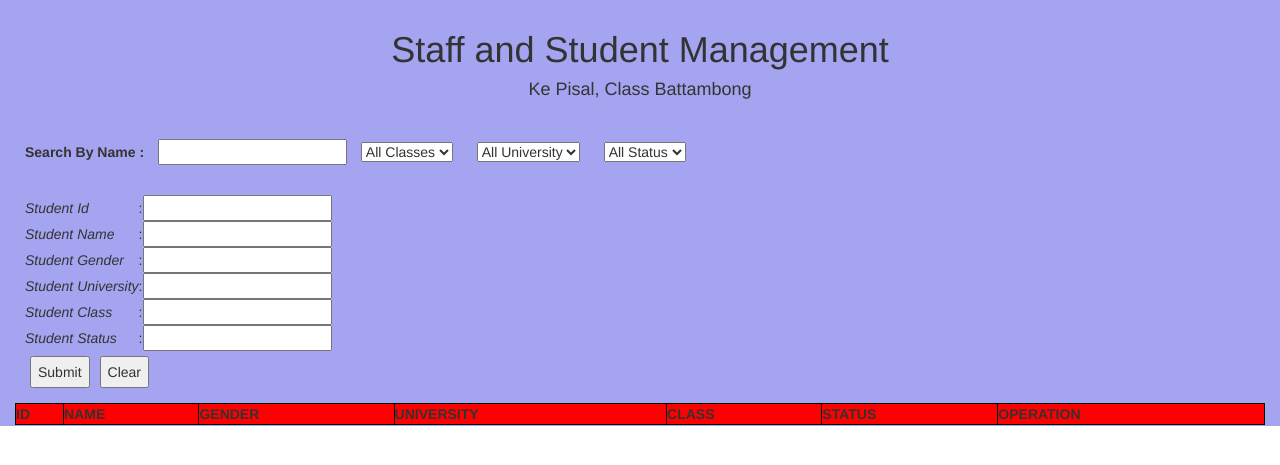
Repository: kepisal/ServletJAVA
Page: http://localhost/AjaxStaffandStudent/
These files come from the project's save history. The page is drawn as it stood at one moment and after the next save; the edit follows.
The browser window is 1280 px wide. The pictures show the whole page.
The page is served by Tomcat 9. Other server files are loaded and not shown. Queries for data that is not in the repository find no rows.

Above is the page before, as saved 2015-07-10 16:36:06.

### AjaxStaffandStudent/WebContent/index.jsp
<%@ page language="java" contentType="text/html; charset=ISO-8859-1"
	pageEncoding="ISO-8859-1"%>
<!DOCTYPE html>
<html>
<head>
<meta http-equiv="Content-Type" content="text/html; charset=ISO-8859-1">
<title>Staff and Student Management</title>
<link rel="stylesheet" type="text/css"
	href="bootstrap/css/bootstrap.css">
<!-- <link rel="stylesheet" type="text/css" href="css/style.css"> -->

<!-- <script
	src="http://ajax.googleapis.com/ajax/libs/jquery/1.11.3/jquery.min.js"></script> -->
<script type="text/javascript" src="js/jquery-min.js"></script>
<script type="text/javascript" src="bootstrap/js/bootstrap.js"></script>
<script type="text/javascript" src="bootstrap/js/bootstrap.min.js"></script>
<style type="text/css">
.maincontent {
	background-color: #A4A4F0;
}

#title {
	padding: 10px;
	width: 100%;
}

option {
	height: 23px;
}

.mytb td, .mytb th{
	background-color:red;
	border: 1px solid black;
	border-collapse: collapse;

}
#title{
	text-align: center;
}

img {
	width: 20px;
}

#classlist, #universitylist, #txtinput, #statuslist {
	display: inline-block;
	margin: 10px;
}

button {
	margin: 5px;
	height: 32px
}
</style>
</head>
<body>
	<div class="maincontent col-sm-12">
		<div id="sheader">
			<div id="title">
				<h1>Staff and Student Management</h1>
				<h4>Ke Pisal, Class Battambong</h4>
			</div>
			<div id="classlist">
				<label>Search By Name : </label> <input type=text id=txtinput /> <select
					id=classselected onclick="searchClass()">

				</select>
			</div>
			<div id="universitylist">
				<select id=unvselected onclick="searchUniversity()">

				</select>
			</div>
			<div id="statuslist">
				<select id=statusselected onclick="searchStatus()">
					<option value=''>All Status</option>
					<option value=1>Active</option>
					<option value=0>Deactive</option>
				</select>
			</div>
		</div>
		<div id="sform">
			<table class="stuform" style="margin:10px;border:0px;">
				<tr><td><i>Student Id </i></td><td>:<input/></td></tr>
				<tr><td><i>Student Name </i></td><td>:<input/></td></tr>
				<tr><td><i>Student Gender </i></td><td>:<input/></td></tr>
				<tr><td><i>Student University </i></td><td>:<input/></td></tr>
				<tr><td><i>Student Class </i></td><td>:<input/></td></tr>
				<tr><td><i>Student Status </i></td><td>:<input/></td></tr>
				<tr><td colspan="2"><button id="btnadd btn btn-success" onclick="add()">Submit</button><button id="btnclear btn btn-success" onclick="add()">Clear</button></td></tr>
			</table>
		</div>
		<div id="sbody">
			<table class="mytb col-sm-12">
				<thead>
					<tr>
						<th>ID</th>
						<th>NAME</th>
						<th>GENDER</th>
						<th>UNIVERSITY</th>
						<th>CLASS</th>
						<th>STATUS</th>
						<th>OPERATION</th>
					</tr>
				</thead>
				<tbody id="tblist">
				</tbody>
			</table>
			<div id="sdetails">
				<!-- <i><h2>-------------Information Detail------------</h2></i> <label>ID
				:</label>
			<h3 id="stuid"></h3>
			<label>NAME :</label>
			<h3 id="stuname"></h3>
			<label>GENDER :</label>
			<h3 id="stugender"></h3>
			<label>UINVERSITY :</label>
			<h3 id="stuuniversity"></h3>
			<label>CLASS :</label>
			<h3 id="stuclass"></h3>
			<label>STATUS :</label>
			<h3 id="stustatus">ss</h3>
			<i><h2>-------------Information Detail------------</h2></i> -->
			</div>
		</div>
		<div class="col-sm-3"></div>
	</div>
	<script type="text/javascript" src="js/script.js"></script>
</body>
</html>

### AjaxStaffandStudent/WebContent/js/script.js
$(document).ready(function() {
	lists(); // list all objects in table
	droplist(); // list all objects in dropdownlist(class, university)
	$("#txtinput").keyup(function() {
		searchName($("#txtinput").val()); // action keyup on textbox
	});
});
/*
 * @param : data is JSon generate <option> value </option> for dropdownlist
 * class
 */
function classlist(data) {
	var str = "";
	str += "<option value=''>All Classes</option>;";
	for (var i = 0; i < data.length; i++) {
		str += "<option value=" + data[i].classes + ">" + data[i].classes;
	}
	str += "</option>";
	return str;
}
/*
 * @param : data is JSon generate <option> value </option> for dropdownlist
 * university
 */
function unvlist(data) {
	var str = "";
	str += "<option value=''>All University</option>;";
	for (var i = 0; i < data.length; i++) {
		str += "<option value=" + data[i].unversity + ">" + data[i].unversity;
	}
	str += "</optiont>";
	return str;
}

/*
 * get data from url and put into function with param
 */
function droplist() {
	$.post("classlist.hrd", function(data) {
		$("#classselected").html(classlist(data));
	});
	$.post("universitylist.hrd", function(data) {
		$("#unvselected").html(unvlist(data));
	});
}
/*
 * generate rows inside table list
 */
function lists() {
	$.post("listobject.hrd", function(data) {
		$("#tblist").html(listobjectdetails(data));
	});

}
/*
 * create tag <tr><td> value </td></tr> follow data
 */
function listobjectdetails(data) {
	var str = "";
	for (var i = 0; i < data.length; i++) {

		str += "<tr>" + "<td id=studid" + i + ">" + data[i].stuid + "</td>"
				+ "<td>" + data[i].stuname + "</td>" + "<td>"
				+ checkGender(data[i].gender) + "</td>" + "<td>"
				+ data[i].unversity + "</td>" + "<td>" + data[i].classes
				+ "</td>" + "<td>" + checkStatus(data[i].status, i) + "</td>"
				+ "<td><button class=btnEdit" + i + " onclick=editFun(" + i
				+ ")>Edit</button><button class=btnRemove" + i
				+ " onclick=removeFun(" + i
				+ ")>Remove</button><button  class=btnView" + i
				+ " onclick=viewFun(" + i + ")>View</button></td>" + "</tr>";
	}

	str += "</table>";

	return str;
}
/*
 * create form for edit and insertion
 */
function myform() {
	var str = "";
}

/*
 * change value 0,1 to male and female
 */
function checkGender(data) {
	var gender;
	if (data == 0) {
		gender = "Male";
	} else {
		gender = "Female";
	}
	return gender;
}
/*
 * change value 0,1 to image 0.png and 1.png
 */
function checkStatus(data, i) {
	var img;
	if (data == 0) {
		img = "<a href=#><img src=img/0.png id=mydata" + i
				+ " onclick=updateStatus(" + i + "," + data + ")></a>";
	} else {
		img = "<a href=#><img src=img/1.png id=mydata" + i
				+ " onclick=updateStatus(" + i + "," + data + ")></a>";
	}
	return img;
}
/*
 * @param : id, value id -> id of each students value -> value of status update
 * status
 */
function updateStatus(id, value) {
	var stuid = $("#studid" + id).text();
	var active;
	if (value == 0) {
		active = 1;
	} else {
		active = 0;
	}
	$.post("editobject.hrd", {
		stu_id : stuid,
		stu_status : active
	}, function(data) {
		lists();
	});
}
/*
 * search by name()
 */
function searchName() {
	var stuname = $('#txtinput').val();
	var stuclass = $('#classselected option:selected').val();
	var stuuniver = $('#unvselected option:selected').val();
	var stustatus = $('#statusselected option:selected').val();
	if (stuname == '') {
		lists();
	}
	$.post("searchobject.hrd", {
		stu_name : stuname,
		stu_class : stuclass,
		stu_university : stuuniver,
		stu_status : stustatus
	}, function(data) {
		$("#tblist").html(listobjectdetails(data));
	});
}
/*
 * search by class()
 */
function searchClass() {
	var stuname = $('#txtinput').val();
	var stuclass = $('#classselected option:selected').val();
	var stuuniver = $('#unvselected option:selected').val();
	var stustatus = $('#statusselected option:selected').val();
	$.post("searchobject.hrd", {
		stu_name : stuname,
		stu_class : stuclass,
		stu_university : stuuniver,
		stu_status : stustatus
	}, function(data) {
		$("#tblist").html(listobjectdetails(data));
	});
}
/*
 * search by university()
 */
function searchUniversity() {
	var stuname = $('#txtinput').val();
	var stuclass = $('#classselected option:selected').val();
	var stuuniver = $('#unvselected option:selected').val();
	var stustatus = $('#statusselected option:selected').val();
	$.post("searchobject.hrd", {
		stu_name : stuname,
		stu_class : stuclass,
		stu_university : stuuniver,
		stu_status : stustatus
	}, function(data) {
		$("#tblist").html(listobjectdetails(data));
	});
}
/*
 * search by status()
 */
function searchStatus() {
	var stuname = $('#txtinput').val();
	var stuclass = $('#classselected option:selected').val();
	var stuuniver = $('#unvselected option:selected').val();
	var stustatus = $('#statusselected option:selected').val();
	$.post("searchobject.hrd", {
		stu_name : stuname,
		stu_class : stuclass,
		stu_university : stuuniver,
		stu_status : stustatus
	}, function(data) {
		$("#tblist").html(listobjectdetails(data));
	});
}
/*
 * Add Function
 */
function add() {
	$("#sbody").load("pages/addForm.html"); // load file from article
}

function editFun(i) {
	alert("This is Edit" + $("#studid" + i).text());
}
function removeFun(i) {
	var stuid = $("#studid" + i).text();
	$.post("deleteobject.hrd", {
		stu_id : stuid
	}, function(data) {
		lists();
	});
}
function viewFun(i) {
	var stuid = $("#studid" + i).text();
	$.post("viewobject.hrd", {
		stu_id : stuid
	}, function(data) {
		$("#sbody").load("pages/viewdetails.html");
	});
}

### AjaxStaffandStudent/src/Controller/Front_Controller.java
package Controller;
import java.io.IOException;

import javax.servlet.RequestDispatcher;
import javax.servlet.ServletException;
import javax.servlet.annotation.WebServlet;
import javax.servlet.http.HttpServlet;
import javax.servlet.http.HttpServletRequest;
import javax.servlet.http.HttpServletResponse;

import Model.ObjectDAO;

@WebServlet("*.hrd")
public class Front_Controller extends HttpServlet {
	private static final long serialVersionUID = 1L;

	public Front_Controller() {
		super();
	}

	protected void doGet(HttpServletRequest request, HttpServletResponse response) throws ServletException, IOException {
		doProcess(request, response);
	}

	protected void doPost(HttpServletRequest request, HttpServletResponse response) throws ServletException, IOException {
		doProcess(request, response);
	}

	protected void doProcess(HttpServletRequest request, HttpServletResponse response) throws ServletException, IOException {
		String RequestURI = request.getRequestURI();

		System.out.println(RequestURI);
		String contextPath = request.getContextPath();
		System.out.println(contextPath);
		String command = RequestURI.substring(contextPath.length());
		ActionForward forward = null;
		Action action = null;

		System.out.println(command);

		switch(command){
			case "/listobject.hrd":
				action = new ListObject();
				try {
					forward = action.execute(request, response);
					System.out.println(forward);
				} catch (Exception e) {
					e.printStackTrace();
				}
				break;
			case "/classlist.hrd":
				action = new classList();
				try {
					forward = action.execute(request, response);
					System.out.println(forward);
				} catch (Exception e) {
					e.printStackTrace();
				}
				break;
			case "/universitylist.hrd":
				action = new universityList();
				try {
					forward = action.execute(request, response);
					System.out.println(forward);
				} catch (Exception e) {
					e.printStackTrace();
				}
				break;
			case "/editobject.hrd":
				action = new EditObject();
				try {
					forward = action.execute(request, response);
				} catch (Exception e) {
					e.printStackTrace();
				}
				break;
			case "/searchobject.hrd":
				action = new Search();
				try {
					forward = action.execute(request, response);
				} catch (Exception e) {
					e.printStackTrace();
				}
				break;
			case "/viewobject.hrd":
				action = new ViewObject();
				try {
					forward = action.execute(request, response);
				} catch (Exception e) {
					e.printStackTrace();
				}
				break;
			case "/deleteobject.hrd":
				action = new DeleteObject();
				try {
					forward = action.execute(request, response);
				} catch (Exception e) {
					e.printStackTrace();
				}
				break;
			default :
				forward = new ActionForward();
				forward.setPath("404.jsp");
				forward.setRedirect(false);
				break;


		}

		if (forward != null) {
			if (forward.isRedirect()) {
				response.sendRedirect(forward.getPath());
			} else {
				RequestDispatcher dispatcher = request
						.getRequestDispatcher(forward.getPath());
				dispatcher.forward(request, response);
			}

		}

	}
}

### AjaxStaffandStudent/src/Controller/ListObject.java
package Controller;

import java.util.ArrayList;

import javax.servlet.http.HttpServletRequest;
import javax.servlet.http.HttpServletResponse;

import com.google.gson.Gson;

import Controller.Action;
import Controller.ActionForward;
import Model.ObjectDAO;
import Model.ObjectDTO;

public class ListObject implements Action {

	@Override
	public ActionForward execute(HttpServletRequest request,
			HttpServletResponse response) throws Exception {

		ObjectDAO dao = new ObjectDAO();
		ArrayList<ObjectDTO> objectlist = dao.list();

		response.setContentType("application/json");
		response.setCharacterEncoding("UTF-8");
		String obj= new Gson().toJson(objectlist);

		response.getWriter().write(obj);


		return null;
	}

}

### AjaxStaffandStudent/src/Model/ObjectDAO.java
package Model;

import java.beans.Statement;
import java.sql.Connection;
import java.sql.DriverManager;
import java.sql.PreparedStatement;
import java.sql.ResultSet;
import java.sql.SQLException;
import java.util.ArrayList;
import java.sql.*;

import javax.naming.InitialContext;
import javax.sql.DataSource;

public class ObjectDAO {
	static Connection cn;

	/*
	 * list all of elements in database return Arraylist objects
	 */
	public ArrayList<ObjectDTO> list() throws SQLException,
			ClassNotFoundException {

		String sql = "select * from hrd_students";
		java.sql.Statement stm = cn.createStatement();
		ResultSet rs = stm.executeQuery(sql);
		ArrayList<ObjectDTO> objectdto = new ArrayList<ObjectDTO>();
		try {
			while (rs.next()) {
				objectdto.add(new ObjectDTO(rs.getString("stu_id"), rs
						.getString("stu_name"), rs.getInt("stu_gender"), rs
						.getString("stu_university"),
						rs.getString("stu_class"), rs.getInt("stu_status")));
			}

		} catch (Exception e) {
			e.printStackTrace();
		}
		return objectdto;
	}

	/*
	 * @param : id and status function update status 0 to 1 and 1 to 0 follow id
	 * return true/false for success or faild
	 */
	public boolean update(String id, int status) throws SQLException {
		try (PreparedStatement pstm = cn
				.prepareStatement("update hrd_students set stu_status=? where stu_id=?");) {

			pstm.setString(1, String.valueOf(status));
			pstm.setString(2, id);
			return pstm.execute();
		} catch (Exception e) {
			e.printStackTrace();
		}
		return false;
	}

	/*
	 * distinct the class value return Arraylist objects (0,1)
	 */
	public ArrayList<ObjectDTO> classList() throws SQLException {
		String sql = "SELECT distinct stu_class FROM hrd_students";
		java.sql.Statement stm = cn.createStatement();
		ResultSet rs = stm.executeQuery(sql);
		ArrayList<ObjectDTO> objectdto = new ArrayList<ObjectDTO>();
		try {
			while (rs.next()) {
				objectdto.add(new ObjectDTO("", "", 0, "", rs
						.getString("stu_class"), 0));
			}
		} catch (Exception e) {
			e.printStackTrace();
		}
		return objectdto;
	}

	/*
	 * distinct the university value return Arraylist objects (0,1)
	 */
	public ArrayList<ObjectDTO> universityList() throws SQLException {
		String sql = "select distinct stu_university from hrd_students";
		java.sql.Statement stm = cn.createStatement();
		ResultSet rs = stm.executeQuery(sql);
		ArrayList<ObjectDTO> objectdto = new ArrayList<ObjectDTO>();
		try {
			while (rs.next()) {
				objectdto.add(new ObjectDTO("", "", 0, rs
						.getString("stu_university"), "", 0));
			}
		} catch (Exception e) {
			e.printStackTrace();
		}
		return objectdto;
	}

	/*
	 * Search all of content by name, class, university and status return as
	 * ArrayList objects
	 */
	public ArrayList<ObjectDTO> search(String name, String classes,
			String university, String status) throws SQLException {
		PreparedStatement ps = cn
				.prepareStatement("select * from hrd_students where stu_university LIKE ? and stu_class LIKE ? and stu_status LIKE ? and stu_name like ?");
		ps.setString(1, university + "%");
		ps.setString(2, classes + "%");
		ps.setString(3, status + "%");
		ps.setString(4, "%" + name + "%");
		ResultSet rs = ps.executeQuery();
		ArrayList<ObjectDTO> alist = new ArrayList<ObjectDTO>();
		while (rs.next()) {
			alist.add(new ObjectDTO(rs.getString("stu_id"), rs
					.getString("stu_name"), rs.getInt("stu_gender"), rs
					.getString("stu_university"), rs.getString("stu_class"), rs
					.getInt("stu_status")));
		}
		return alist;
	}

	public ObjectDTO viewObject(String id) throws SQLException {
		String sql = "select * from hrd_students where stu_id=?";
		PreparedStatement pstm = cn.prepareStatement(sql);
		pstm.setString(1, id);
		ResultSet rs = pstm.executeQuery();
		ObjectDTO objectdto = new ObjectDTO();
		try {
			if (rs.next()) {
				objectdto = new ObjectDTO(rs.getString("stu_id"),
						rs.getString("stu_name"), rs.getInt("stu_gender"),
						rs.getString("stu_university"),
						rs.getString("stu_class"), rs.getInt("stu_status"));
			}

		} catch (Exception e) {
			e.printStackTrace();
		}
		return objectdto;
	}

	public boolean DeleteObject(String id) throws SQLException {
		String sql = "delete from hrd_students where stu_id=?";
		PreparedStatement pstm = cn.prepareStatement(sql);
		pstm.setString(1, id);
		return pstm.execute();
	}

	/********************** Here is Connection Database *********************************/
	static {
		try {
			Class.forName("com.mysql.jdbc.Driver");
			cn = DriverManager.getConnection(
					"jdbc:mysql://localhost:3306/ssdbmanage", "admin", "admin");
		} catch (Exception e) {
			// TODO Auto-generated catch block
			e.printStackTrace();
		}
	}
	/**********************
	 * Here is Connection Database
	 *
	 * @throws SQLException
	 *********************************/

}

### AjaxStaffandStudent/src/Controller/classList.java
package Controller;

import java.util.ArrayList;

import javax.servlet.http.HttpServletRequest;
import javax.servlet.http.HttpServletResponse;

import Model.ObjectDAO;
import Model.ObjectDTO;

import com.google.gson.Gson;

public class classList implements Action {

	public ActionForward execute(HttpServletRequest request,
			HttpServletResponse response) throws Exception {

		ObjectDAO dao = new ObjectDAO();
		ArrayList<ObjectDTO> objectlist = dao.classList();

		response.setContentType("application/json");
		response.setCharacterEncoding("UTF-8");
		String obj= new Gson().toJson(objectlist);

		response.getWriter().write(obj);
		return null;
	}

}

### AjaxStaffandStudent/src/Controller/universityList.java
package Controller;

import java.util.ArrayList;

import javax.servlet.http.HttpServletRequest;
import javax.servlet.http.HttpServletResponse;

import Model.ObjectDAO;
import Model.ObjectDTO;

import com.google.gson.Gson;

public class universityList implements Action {
	public ActionForward execute(HttpServletRequest request,
			HttpServletResponse response) throws Exception {

		ObjectDAO dao = new ObjectDAO();
		ArrayList<ObjectDTO> objectlist = dao.universityList();

		response.setContentType("application/json");
		response.setCharacterEncoding("UTF-8");
		String obj= new Gson().toJson(objectlist);

		response.getWriter().write(obj);
		return null;
	}
}

Loaded but not shown: AjaxStaffandStudent/WebContent/bootstrap/css/bootstrap.css (library); AjaxStaffandStudent/WebContent/js/jquery-min.js (library); AjaxStaffandStudent/WebContent/bootstrap/js/bootstrap.js (library); AjaxStaffandStudent/WebContent/bootstrap/js/bootstrap.min.js (library)

After the next save:
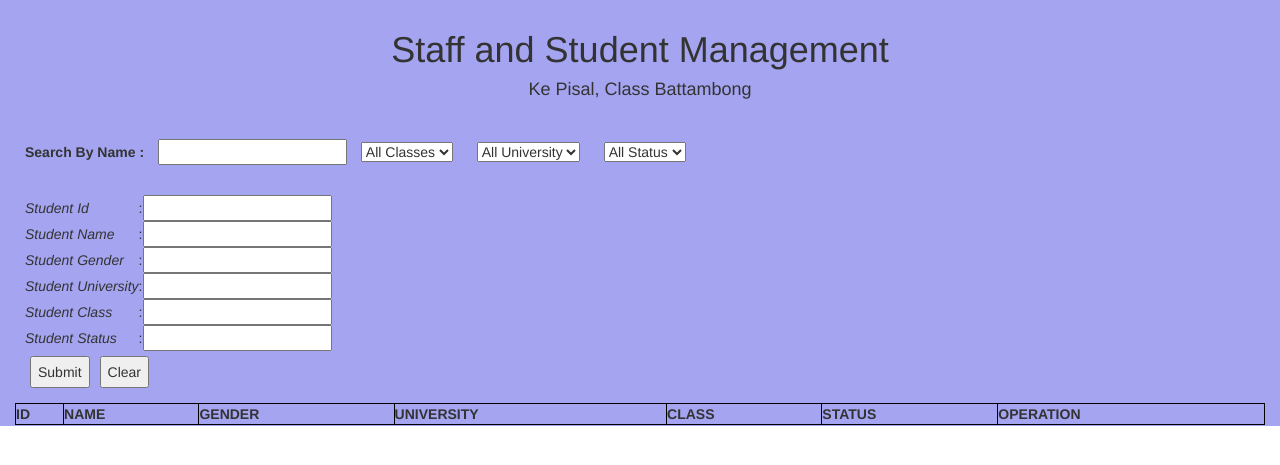
Saved 11 s later.
--- a/AjaxStaffandStudent/WebContent/index.jsp
+++ b/AjaxStaffandStudent/WebContent/index.jsp
@@ -29,7 +29,6 @@ option {
 }
 
 .mytb td, .mytb th{
-	background-color:red;
 	border: 1px solid black;
 	border-collapse: collapse;
 
